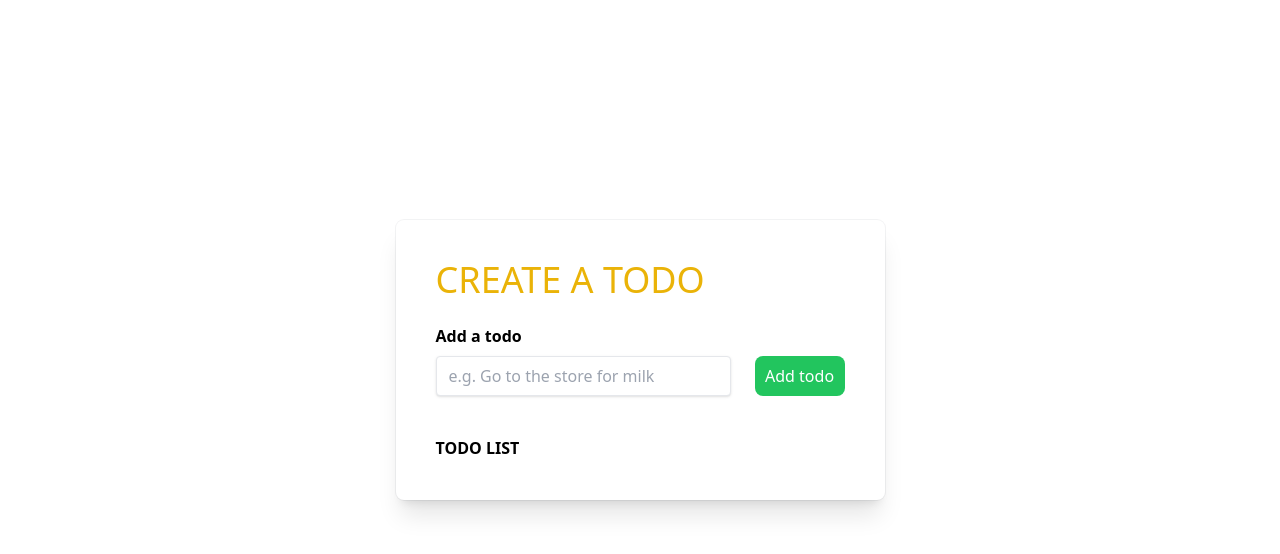
Repository: Kajo-lab/vue-todo
Page: /
These files come from the project's save history. The page is drawn as it stood at one moment and after the next save; the edit follows.
The browser window is 1280 px wide. The pictures show the whole page.
The project was rebuilt for these pictures with package versions that can differ from the ones it lists, and the page was loaded fresh each time. Also part of the build but not shown: vite.config.js, webpack.config.js.

Above is the page before, as saved 2022-07-07 17:39:05.

### src/main.js
import { createApp } from 'vue'
import App from './App.vue'
import "./assets/tailwind.css";

createApp(App).mount('#app')

### src/App.vue
<script setup>
import { ref, onMounted, computed, watch } from 'vue'

const todos = ref([])
const name = ref('')

const input_content = ref('')

const todos_asc = computed(() => todos.value.sort((a,b) =>{
	return a.createdAt - b.createdAt
}))

watch(name, (newVal) => {
	localStorage.setItem('name', newVal)
})

watch(todos, (newVal) => {
	localStorage.setItem('todos', JSON.stringify(newVal))
}, {
	deep: true
})

const addTodo = () => {
  if (input_content.value.trim() === '') {
    return
  }

	todos.value.push({
		content: input_content.value,
		done: false,
		editable: false,
		createdAt: new Date().getTime()
	})

	input_content.value = ''
}

const removeTodo = (todo) => {
	todos.value = todos.value.filter((t) => t !== todo)
}

onMounted(() => {
	name.value = localStorage.getItem('name') || ''
	todos.value = JSON.parse(localStorage.getItem('todos')) || []
})
</script>

<template>

<main class="relative flex min-h-screen flex-col justify-center overflow-hidden test1 py-6 sm:py-12">
	<div class="relative bg-white px-6 pt-10 pb-8 shadow-xl ring-1 ring-gray-900/5 sm:mx-auto sm:max-w-lg sm:rounded-lg sm:px-10">
		<section class="mb-10">
		<h1 class="text-4xl text-yellow-500 mb-6">CREATE A TODO</h1>
				<h3 class="mb-2 font-bold">Add a todo</h3>
				<form id="new-todo-form" class="flex gap-6" @submit.prevent="addTodo">
					<input
						class="shadow appearance-none border rounded w-full py-2 px-3 text-gray-700 leading-tight focus:outline-none focus:shadow-outline"
						type="text"
						name="content"
						id="content"
						placeholder="e.g. Go to the store for milk"
						v-model="input_content" />

					<input type="submit" value="Add todo" class="h-10 w-32 text-white rounded-lg bg-green-500 hover:bg-green-600"/>
				</form>
		</section>

		<section>
				<h3 class="mb-2 font-bold">TODO LIST</h3>
				<div id="todo-list ">
					<div class="flex mb-4" v-for="todo in todos_asc" :key="`todo-item ${todo.done && 'done'}`">

					<label class="todo-item">
						<input type="checkbox" v-model="todo.done" />
					</label>

						<div class="flex gap-6 ">
							<input
							class="todo-content shadow appearance-none border-none rounded w-full py-2 px-3 text-gray-700 leading-tight focus:outline-none focus:shadow-outline"
							type="text"
							v-model="todo.content" />

							<button class="h-10 w-20 text-white rounded-lg bg-red-500 hover:bg-red-600" @click="removeTodo(todo)">Delete</button>
						</div>
					</div>
				</div>
		</section>
	</div>
</main>

</template>

<style src="./assets/tailwind.css">

.test1 {
	background-color: yellow;
}

</style>

### src/assets/tailwind.css
@tailwind base;
@tailwind components;
@tailwind utilities;

.todo-item label {
	display: block;
	margin-right: 1rem;
	cursor: pointer;
}

.todo-item.done .todo-content input {
	text-decoration: line-through;
	color: gray;
}

Loaded but not shown: tailwind.config.js (common file)

After the next save:
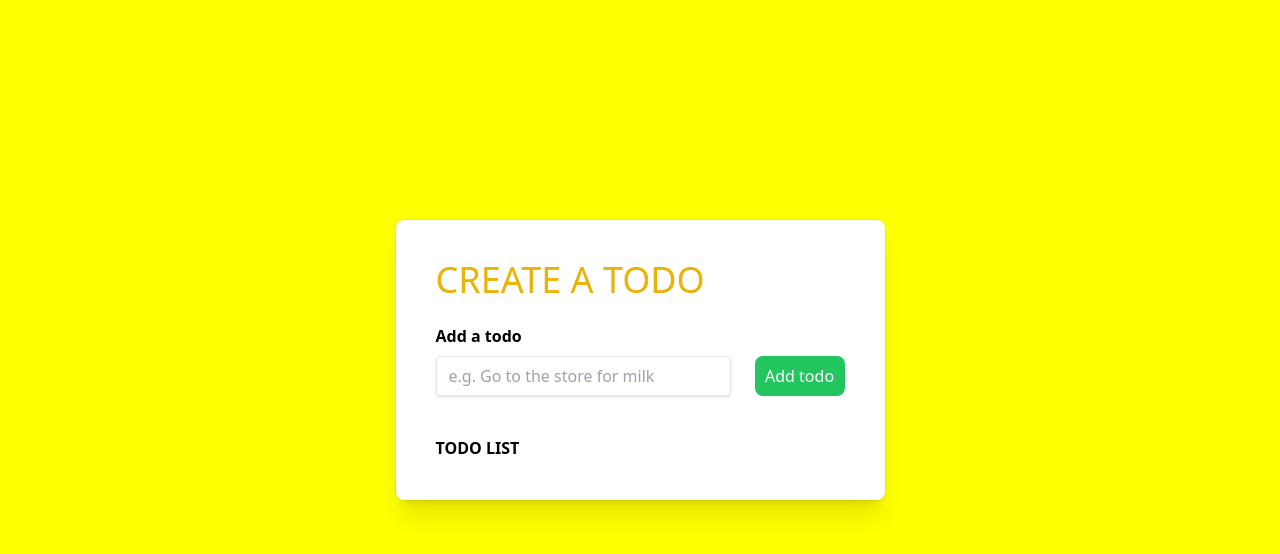
Saved 10 s later.
--- a/src/assets/tailwind.css
+++ b/src/assets/tailwind.css
@@ -2,13 +2,6 @@
 @tailwind components;
 @tailwind utilities;
 
-.todo-item label {
-	display: block;
-	margin-right: 1rem;
-	cursor: pointer;
+.test1 {
+	background-color: yellow;
 }
-
-.todo-item.done .todo-content input {
-	text-decoration: line-through;
-	color: gray;
-}

After the save that followed:
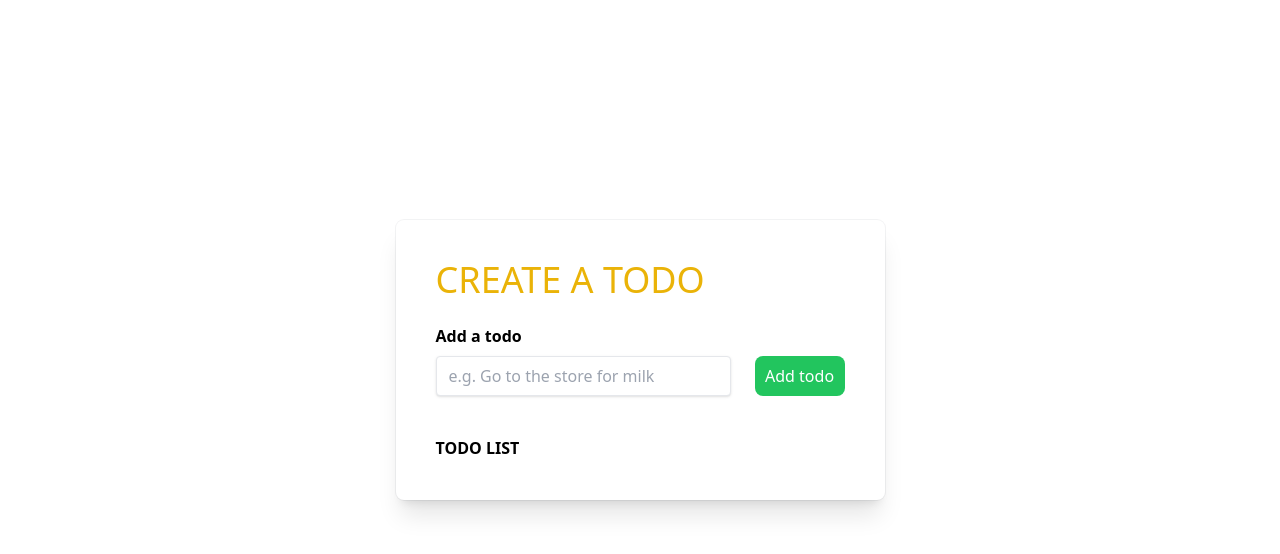
Saved 10 s later.
--- a/src/assets/tailwind.css
+++ b/src/assets/tailwind.css
@@ -2,6 +2,13 @@
 @tailwind components;
 @tailwind utilities;
 
-.test1 {
-	background-color: yellow;
+.todo-item label {
+	display: block;
+	margin-right: 1rem;
+	cursor: pointer;
 }
+
+.todo-item.done .todo-content input {
+	text-decoration: line-through;
+	color: gray;
+}
